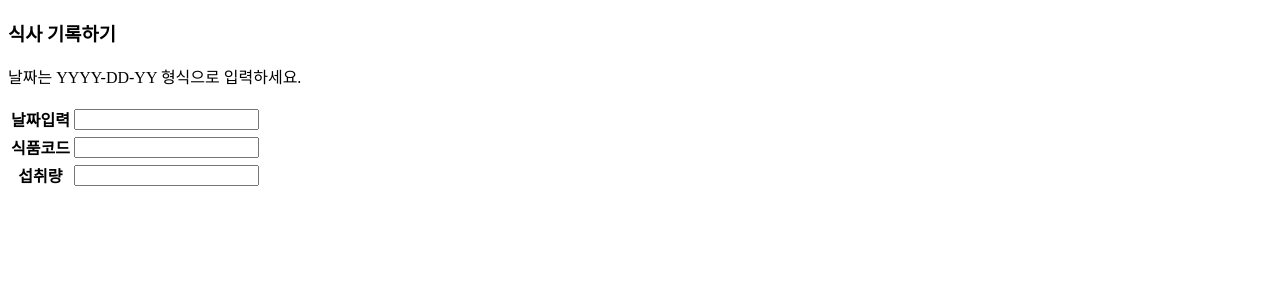
Repository: dkdud8140/OneDayProject_server
Page: http://localhost/Oneday_Server_food/food/insert
The author's editor kept a copy of each file at every save. The page is drawn from the files as they stood at one save, then again after the next save.
The browser window is 1280 px wide. The pictures show the whole page.
The page is served by Tomcat 9. Other server files are loaded and not shown.

Above is the page before, as saved 2021-05-10 05:16:29.

### Oneday_Server_food/src/main/webapp/WEB-INF/view/insert.jsp
<%@ page language="java" contentType="text/html; charset=UTF-8"
    pageEncoding="UTF-8"%>
<!DOCTYPE html>
<html>
<head>
<meta charset="UTF-8">
<title>식사 기록하기</title>
</head>
<body>
	<h3>식사 기록하기</h3>
	<p>날짜는 YYYY-DD-YY 형식으로 입력하세요.
	<form action = "POST">
		<table>
			<tr><th>날짜입력</th><td><input name = "date"></td></tr>
			<tr><th>식품코드</th><td><input name = "code"></td></tr>
			<tr><th>섭취량</th><td><input name = "eat"></td></tr>
		</table>
	</form>

</body>
</html>

### Oneday_Server_food/src/main/java/com/com/food/controller/MainController.java
package com.com.food.controller;

import java.io.IOException;
import java.util.List;

import javax.servlet.RequestDispatcher;
import javax.servlet.ServletException;
import javax.servlet.annotation.WebServlet;
import javax.servlet.http.HttpServlet;
import javax.servlet.http.HttpServletRequest;
import javax.servlet.http.HttpServletResponse;

import com.com.food.model.MyFoodsVO;
import com.com.food.model.MyfoodsDTO;
import com.com.food.service.DBConnection;
import com.com.food.service.impl.FoodImplV1;

@WebServlet("/food/*")
public class MainController extends HttpServlet {

	private static final long serialVersionUID = 1L;

	public DBConnection dbConn;
	public FoodImplV1 fSer;

	public MainController() {
		dbConn = new DBConnection();
		fSer = new FoodImplV1();
	}

	@Override
	protected void doGet(HttpServletRequest req, HttpServletResponse resp) throws ServletException, IOException {

		resp.setContentType("text/html;charset=UTF-8");
		String subPath = req.getPathInfo();

		if (subPath.equals("/selectall")) {
			List<MyfoodsDTO> mfList = fSer.selectAll();

			req.setAttribute("MFLIST", mfList);
			RequestDispatcher rDis = req.getRequestDispatcher("/WEB-INF/view/selectall.jsp");
			rDis.forward(req, resp);
		} else if (subPath.equals("/insert")) {

			RequestDispatcher rDis = req.getRequestDispatcher("/WEB-INF/view/insert.jsp");
			rDis.forward(req, resp);

		}

	}

	@Override
	protected void doPost(HttpServletRequest req, HttpServletResponse resp) throws ServletException, IOException {

		resp.setContentType("text/html;cahrset=UTF-8");
		req.setCharacterEncoding("UTF-8");

		String mf_date = req.getParameter("date");
		String mf_code= req.getParameter("code");
		String strEat= req.getParameter("eat");

		Integer mf_eat = Integer.valueOf(strEat);

		MyFoodsVO mfVO = new MyFoodsVO(null, mf_date, mf_code, mf_eat);

		fSer.insert(mfVO);
	}

}

After the next save:
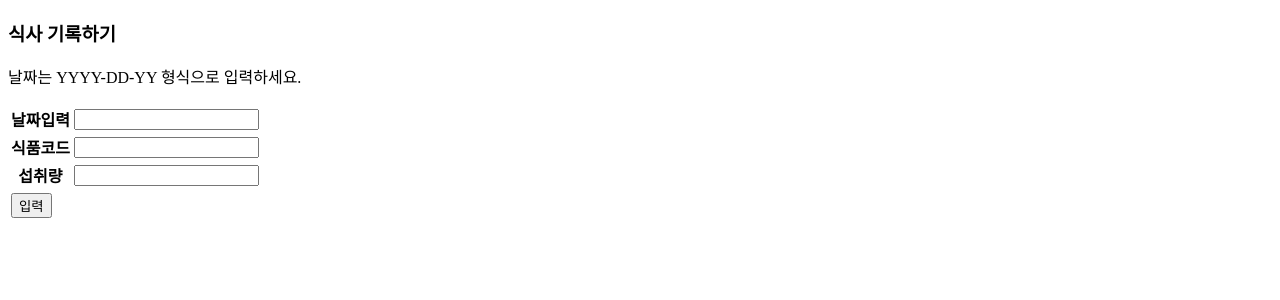
Saved 47 s later.
--- a/Oneday_Server_food/src/main/webapp/WEB-INF/view/insert.jsp
+++ b/Oneday_Server_food/src/main/webapp/WEB-INF/view/insert.jsp
@@ -14,6 +14,7 @@
 			<tr><th>날짜입력</th><td><input name = "date"></td></tr>
 			<tr><th>식품코드</th><td><input name = "code"></td></tr>
 			<tr><th>섭취량</th><td><input name = "eat"></td></tr>
+			<tr></tr><td><button>입력</button>
 		</table>
 	</form>
 
